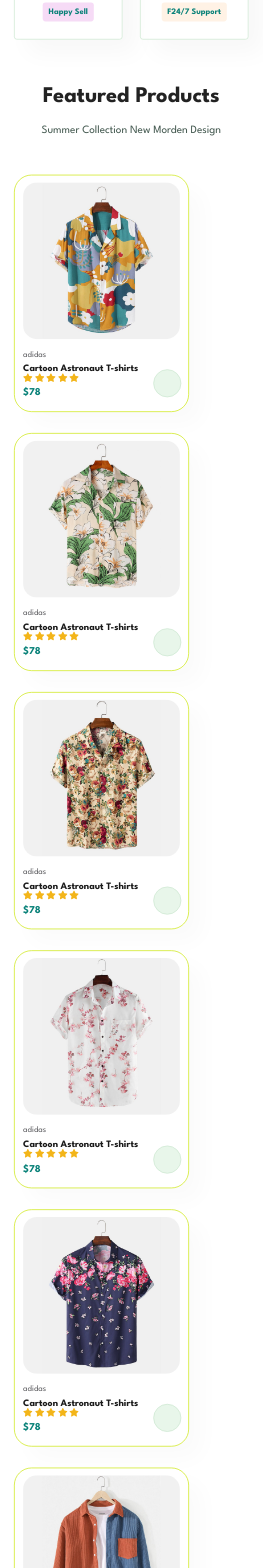
Repository: quy261001/cara
Page: index.html
The author's editor kept a copy of each file at every save. The page is drawn from the files as they stood at one save, then again after the next save.
The browser window is 375 px wide. The pictures show the part of the page from y = 1151 to 3391 px (the page is 9629 px tall before and 10989 px after), at 70% of full size.

Above is the page before, as saved 2022-05-03 00:19:52.

After the next save:
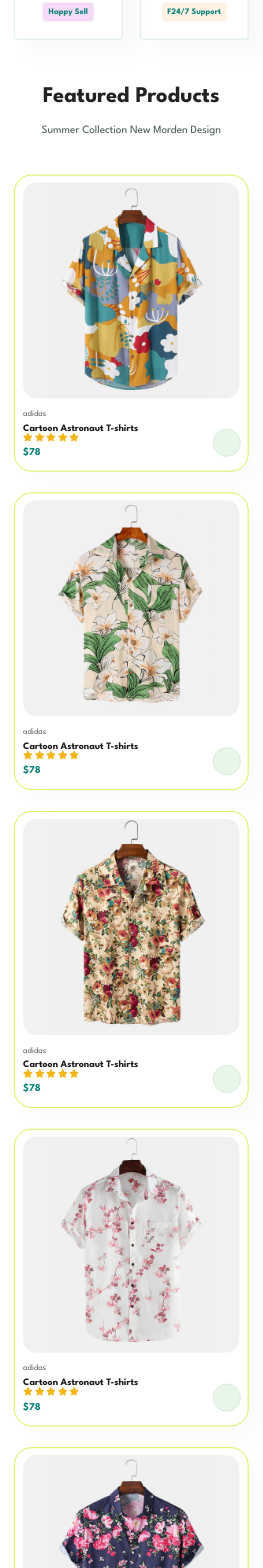
Saved 2 min 29 s later.
--- a/style.css
+++ b/style.css
@@ -581,4 +581,7 @@ footer a:hover {
     width: 155px;
     margin: 0 0 15px 0;
   }
-}
+  .product1 .pro {
+    width: 100%;
+  }
+}
